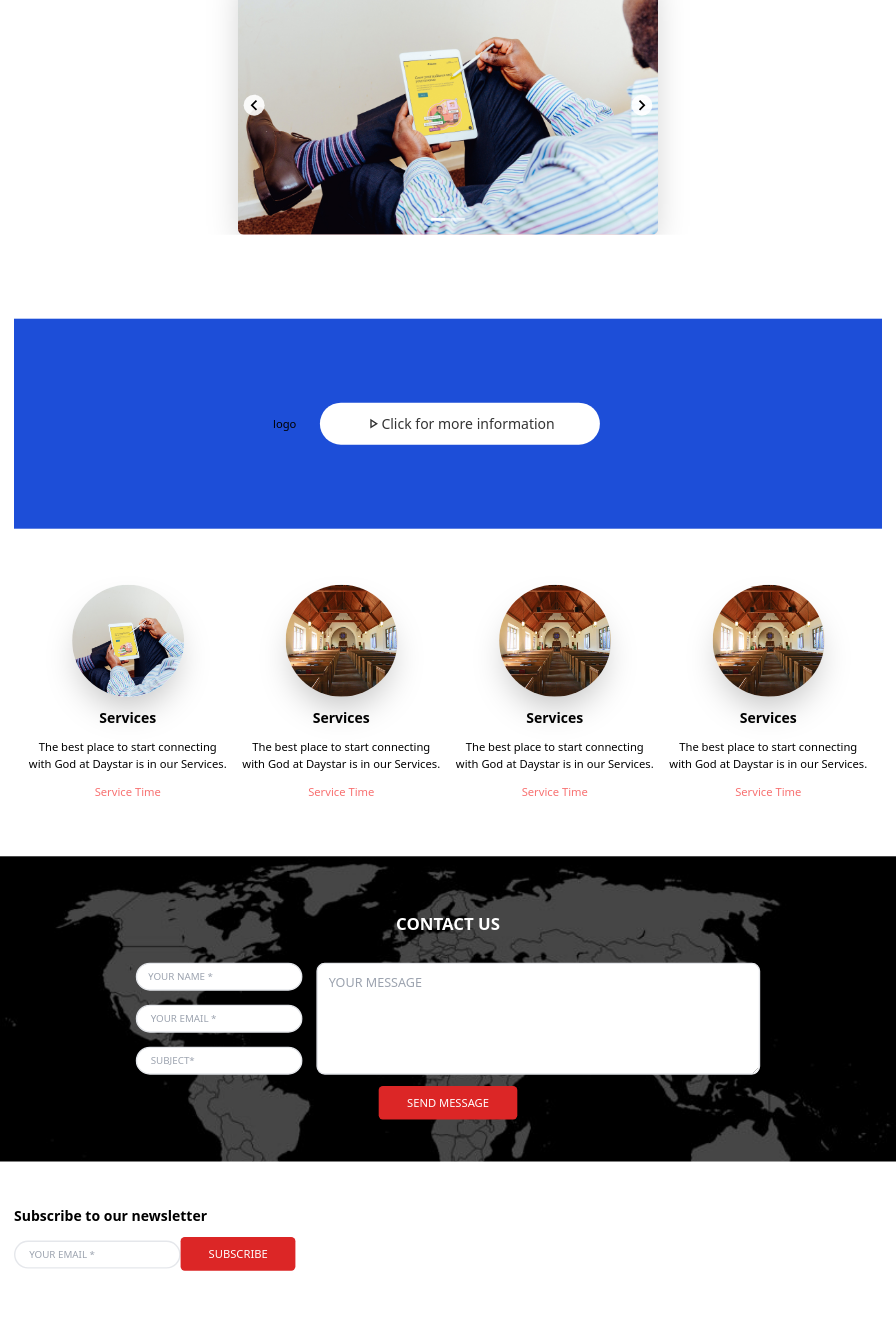
Repository: hisreal123/godschamber
Page: /
The author's editor kept a copy of each file at every save. The page is drawn from the files as they stood at one save, then again after the next save.
The browser window is 1280 px wide. The pictures show the part of the page from y = 1775 to 3695 px (the page is 3675 px tall before and 3695 px after), at 70% of full size.
The project was rebuilt for these pictures with package versions that can differ from the ones it lists, and the page was loaded fresh each time. The framework's server and built-in components were replaced by stand-ins that run in the browser. Also part of the build but not shown: next.config.js.

Above is the page before, as saved 2023-03-31 18:14:30.

After the next save:
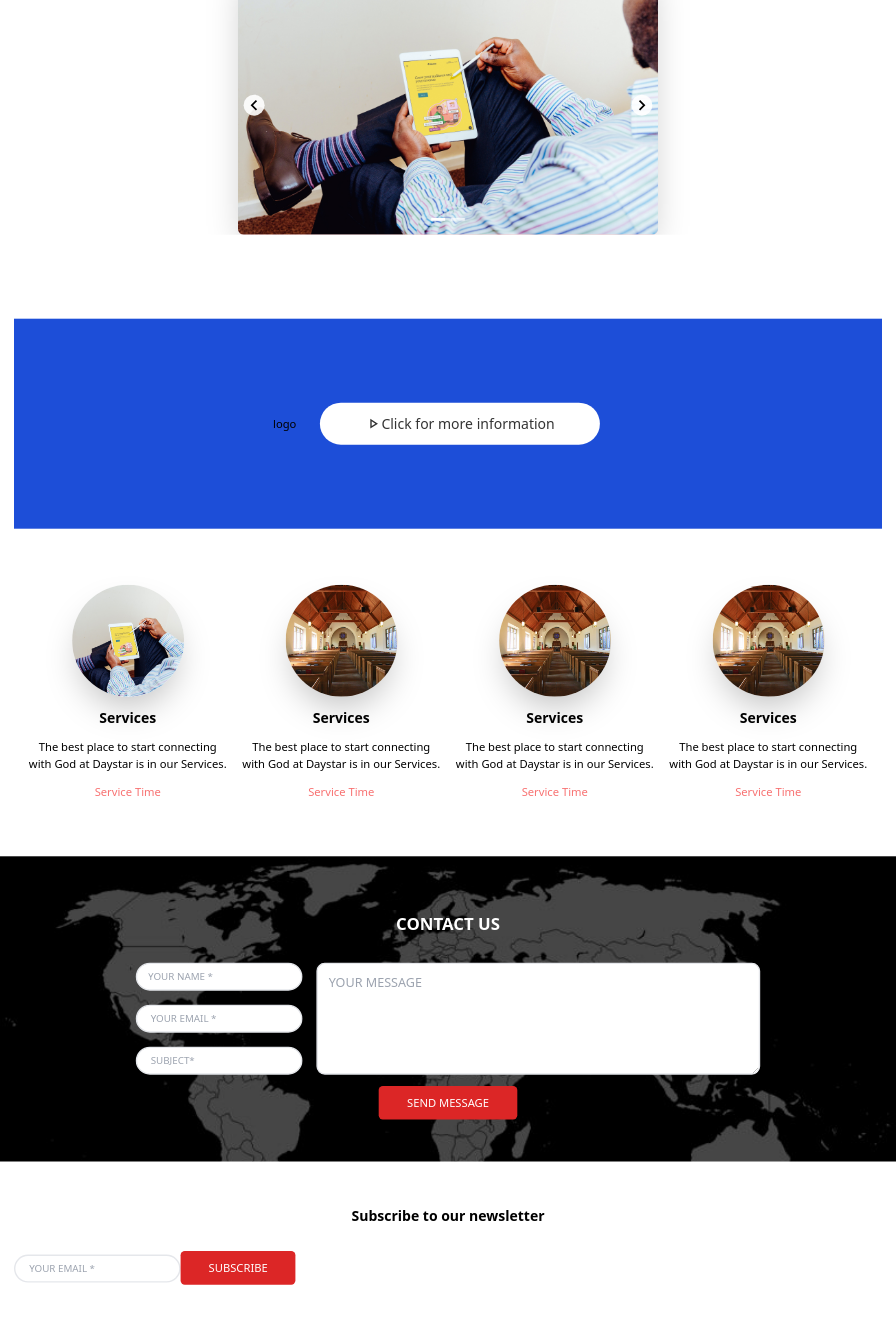
Saved 4 s later.
--- a/src/app/components/Newsletter.tsx
+++ b/src/app/components/Newsletter.tsx
@@ -12,7 +12,7 @@ export default function Newsletter() {
         <>
             <section className='py-16 px-5'>
                 <div className='flex flex-col '>
-                    <h1 className=' mb-text-center font-bold text-3xl lg:text-xl '> Subscribe to our newsletter </h1>
+                    <h1 className=' mb-5 text-center font-bold text-3xl lg:text-xl '> Subscribe to our newsletter </h1>
 
                     <form method="post">
                         <input type="email" placeholder=' YOUR EMAIL *' className='text-sm rounded-3xl px-4 py-2 hover:first-letter:border-red-300 border-2 outline-none' />
